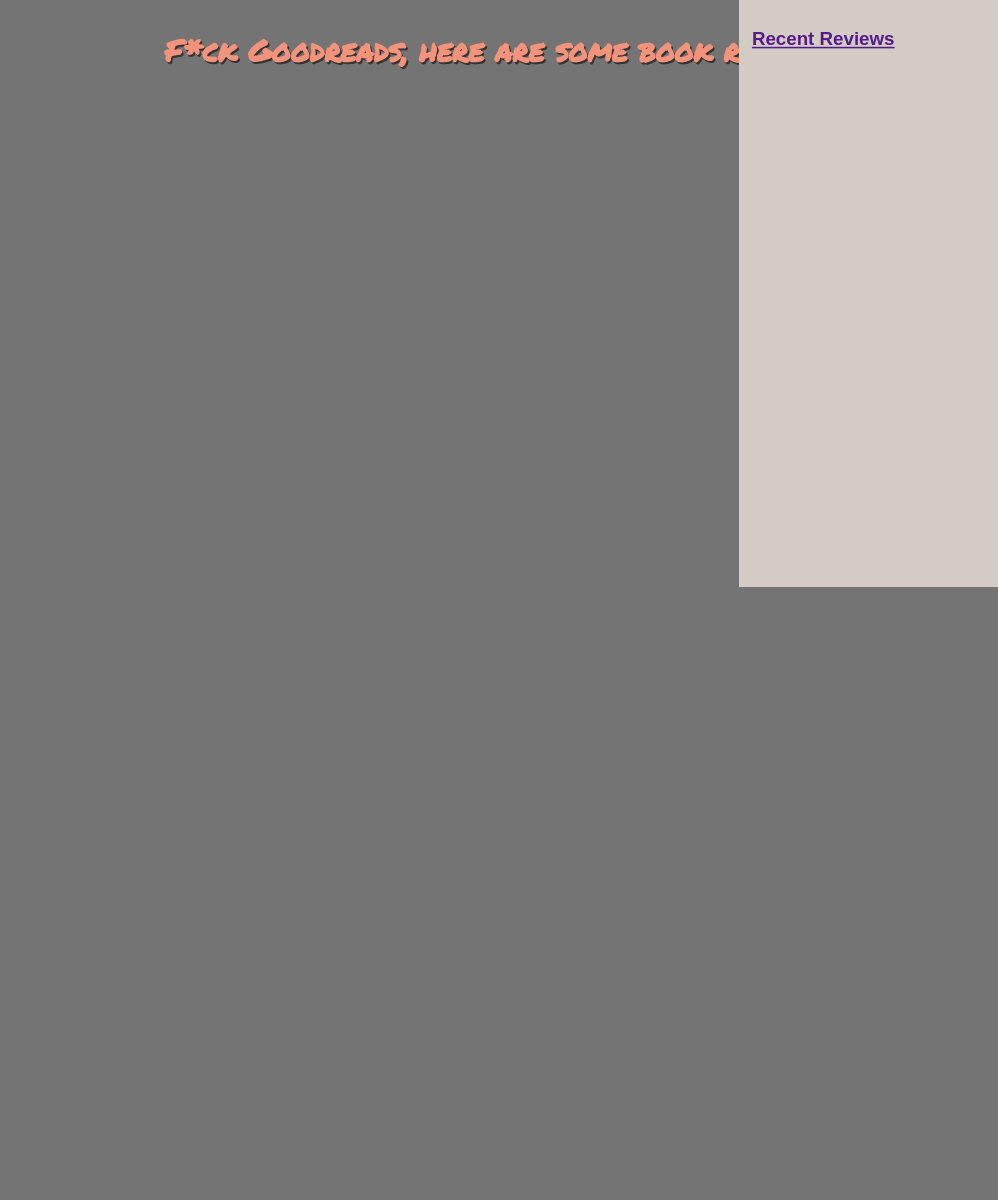
Repository: emnharris/FreeCodeCampChallenges
Page: responsive-web-design/book-reviews/books.html
These files come from the project's save history. The page is drawn as it stood at one moment and after the next save; the edit follows.
The browser window is 1280 px wide. The pictures show the whole page, at 78% of full size.

Above is the page before, as saved 2020-04-18 13:24:30.

### responsive-web-design/book-reviews/books.html
<!DOCTYPE html>
<html>
    <head>
        <link href="https://fonts.googleapis.com/css2?family=Permanent+Marker&display=swap" rel="stylesheet">
        <link rel="stylesheet" type="text/css" href="books.css">
    </head>
    <body>
        <header>
            <title>
                Emily Reviews Books
            </title>
            <div id=title>
                <h1>F*ck Goodreads, here are some book reviews</h1>
            </div>
        </header>
        <sidenav class="sidenav">
            <h2><a href="">Recent Reviews</a></h2>
        </sidenav>
        <main id="gallery">

        </main>
        <footer>

        </footer>
    </body>
</html>

### responsive-web-design/book-reviews/books.css
/* document palette */
#palette {
    color: rgb(244, 147, 124);
    color: rgb(116, 116, 116);
    color: rgb(188, 195, 171);
    color: rgb(212, 204, 196);
}


/* header styles */

#title {
    font-family: 'Permanent Marker', cursive;
    color: rgb(244, 147, 124);
    text-align: center;
    text-shadow: 2px 2px rgb(53, 52, 52);
    font-size: 1.2em;
    padding: .6em;
}

body {
    margin: 0px;
    background: #747474;

}
.sidenav {
    background: rgb(212, 204, 196);;
    position: fixed;
    height: 100%;
    right: 0;
    top: 0;
    width: 300px;
    overflow-x: none;
    padding: 1em;
}
.sidenav > a {
    color: white;
}
h2 {
    font-family: 'Quicksand', sans-serif;
}

#gallery {
    display: grid;
    grid-template-columns: repeat(autofill, minmax(160px, 1fr));
    grid-template-rows: repeat(6, 200px);
    grid-gap: 1rem;
    grid-auto-flow: dense;
    margin: 5%;
}

After the next save:
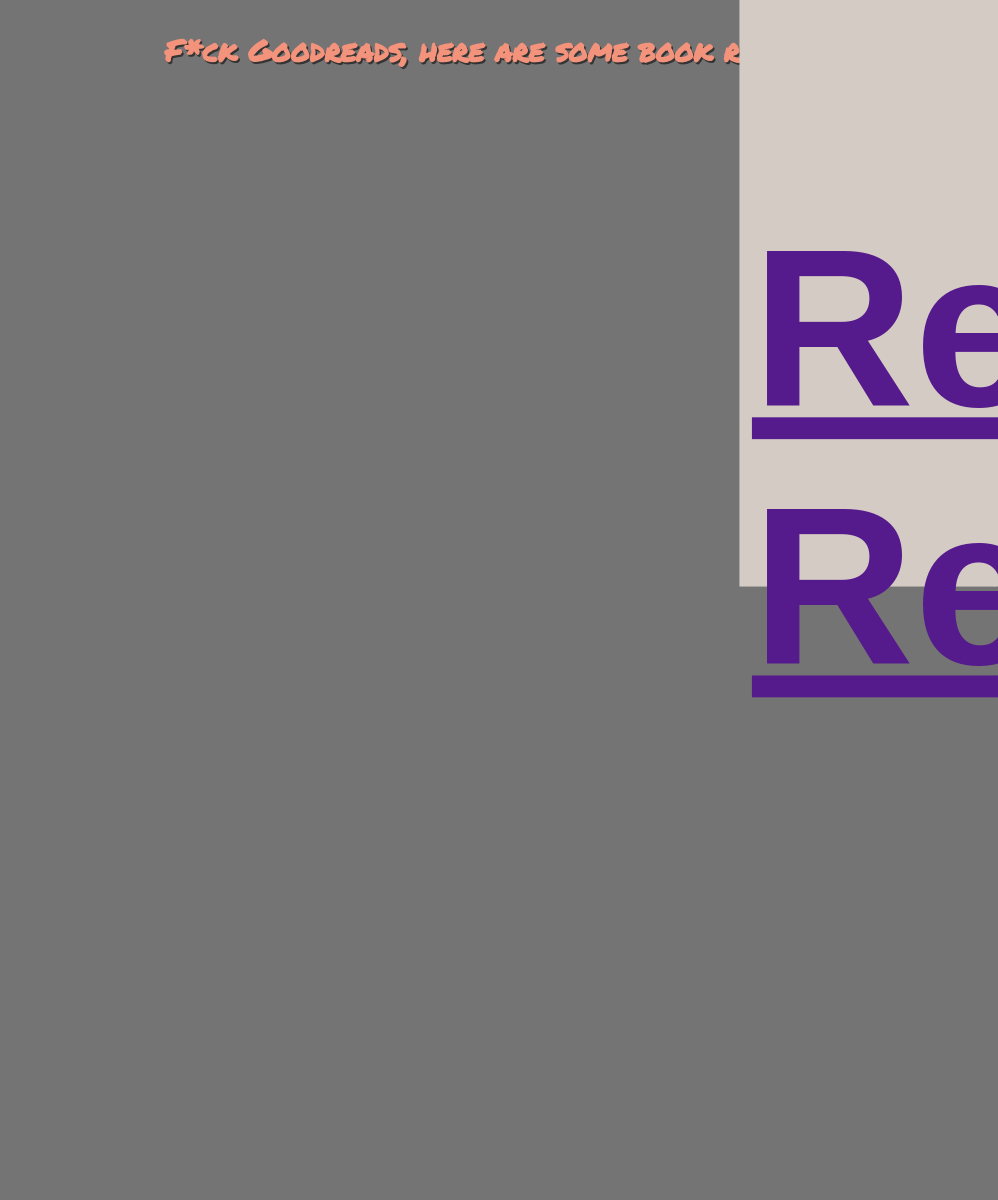
Saved 33 s later.
--- a/responsive-web-design/book-reviews/books.css
+++ b/responsive-web-design/book-reviews/books.css
@@ -38,6 +38,7 @@
 }
 h2 {
     font-family: 'Quicksand', sans-serif;
+    font-size: 18em;
 }
 
 #gallery {

After the save that followed:
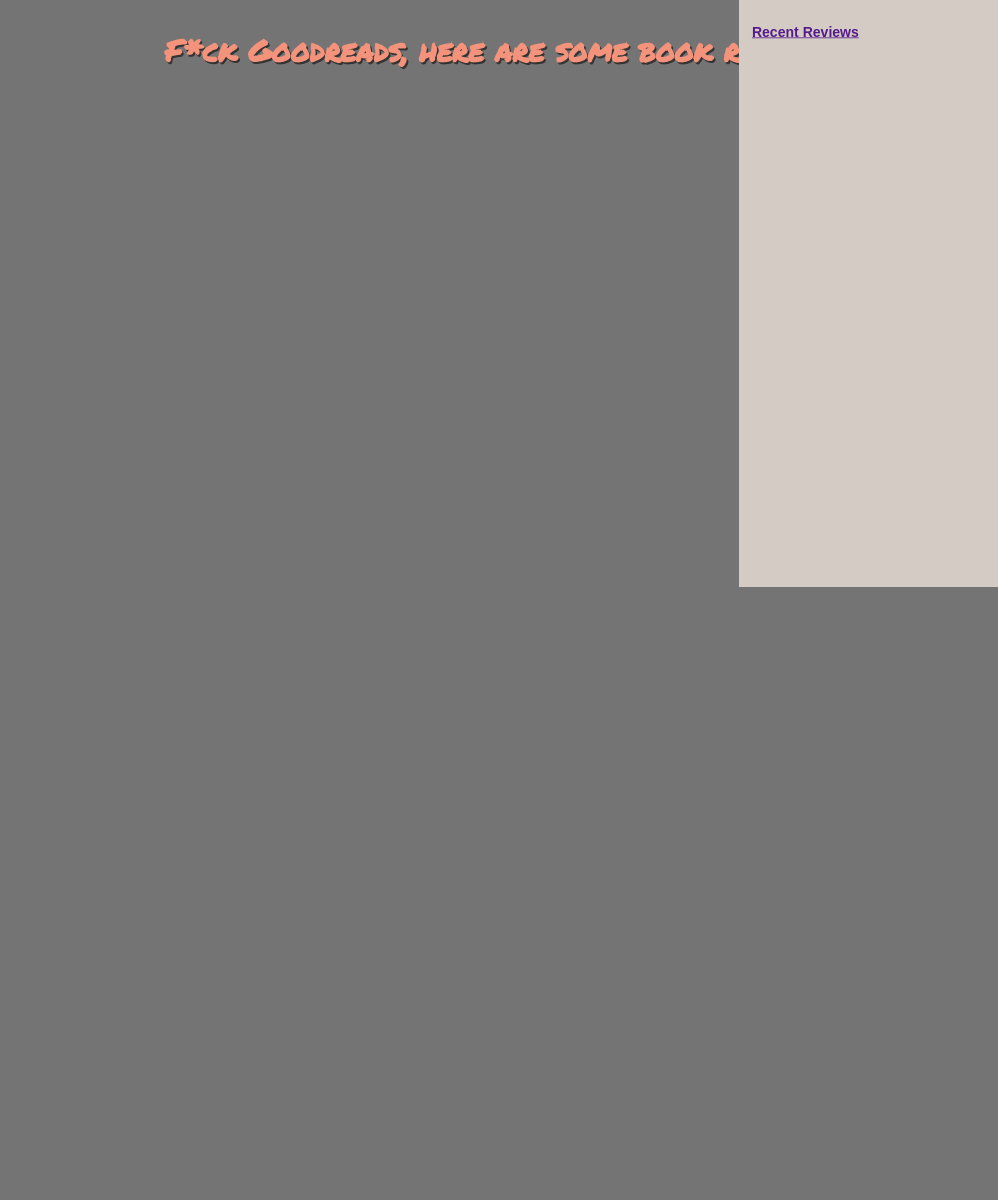
Saved 8 s later.
--- a/responsive-web-design/book-reviews/books.css
+++ b/responsive-web-design/book-reviews/books.css
@@ -38,7 +38,7 @@
 }
 h2 {
     font-family: 'Quicksand', sans-serif;
-    font-size: 18em;
+    font-size: 18px;
 }
 
 #gallery {
